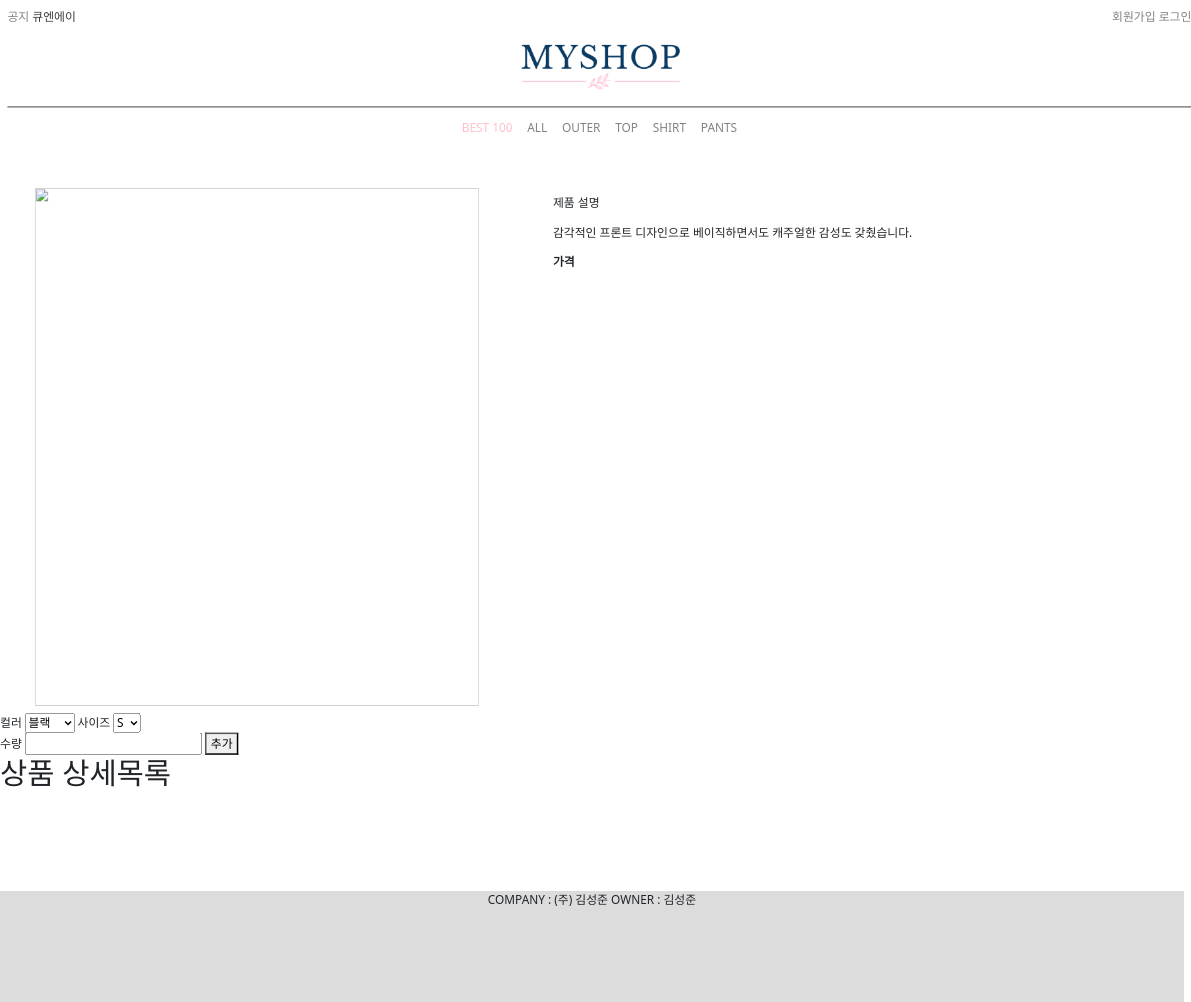
Repository: kkj53051000/MyShop
Page: http://localhost/myshop/WEB-INF/views/admin-product-modify.jsp
The author's editor kept a copy of each file at every save. The page is drawn from the files as they stood at one save, then again after the next save.
The browser window is 1280 px wide. The page is 1610 px wide, so the pictures cover 1610 px, including what lies to the right of the window. The pictures show the whole page, at 74% of full size.
The page is served by Tomcat 9. Nobody is signed in. The template is opened directly, without the code that normally fills it, so the values that code supplies are empty.

Above is the page before, as saved 2021-02-27 05:12:28.

After the next save:
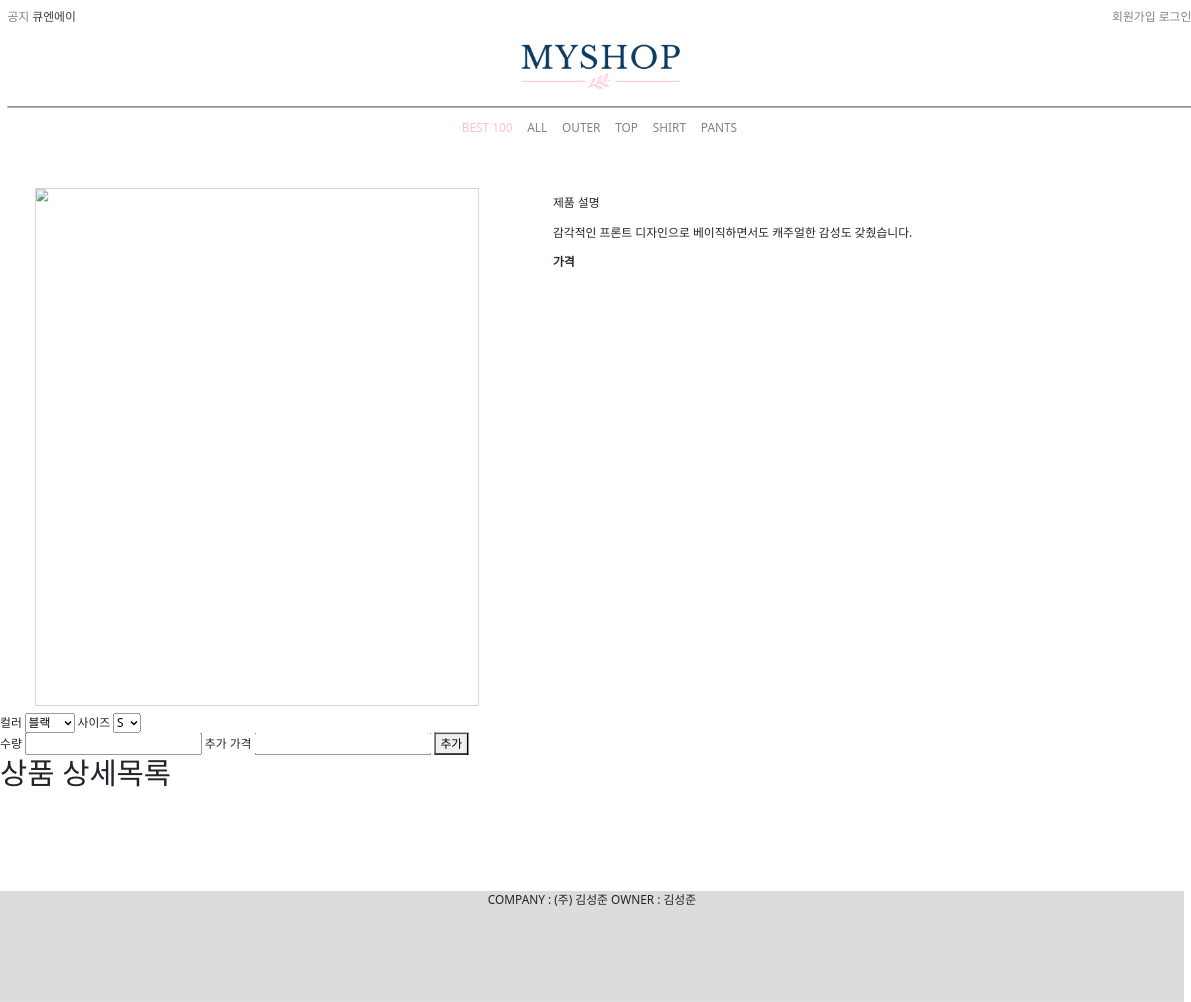
Saved 87 s later.
--- a/myshop/src/main/webapp/WEB-INF/views/admin-product-modify.jsp
+++ b/myshop/src/main/webapp/WEB-INF/views/admin-product-modify.jsp
@@ -71,6 +71,7 @@
 		    </select>
 		    <br/>
 		    <span>수량</span> <input name="amount"/>
+		    <span>추가 가격</span> <input name="add_price">
 		    <input type="hidden" name="id" value="${product.id}">
 		    <button class="add_btn">추가</button>
 		</form>
